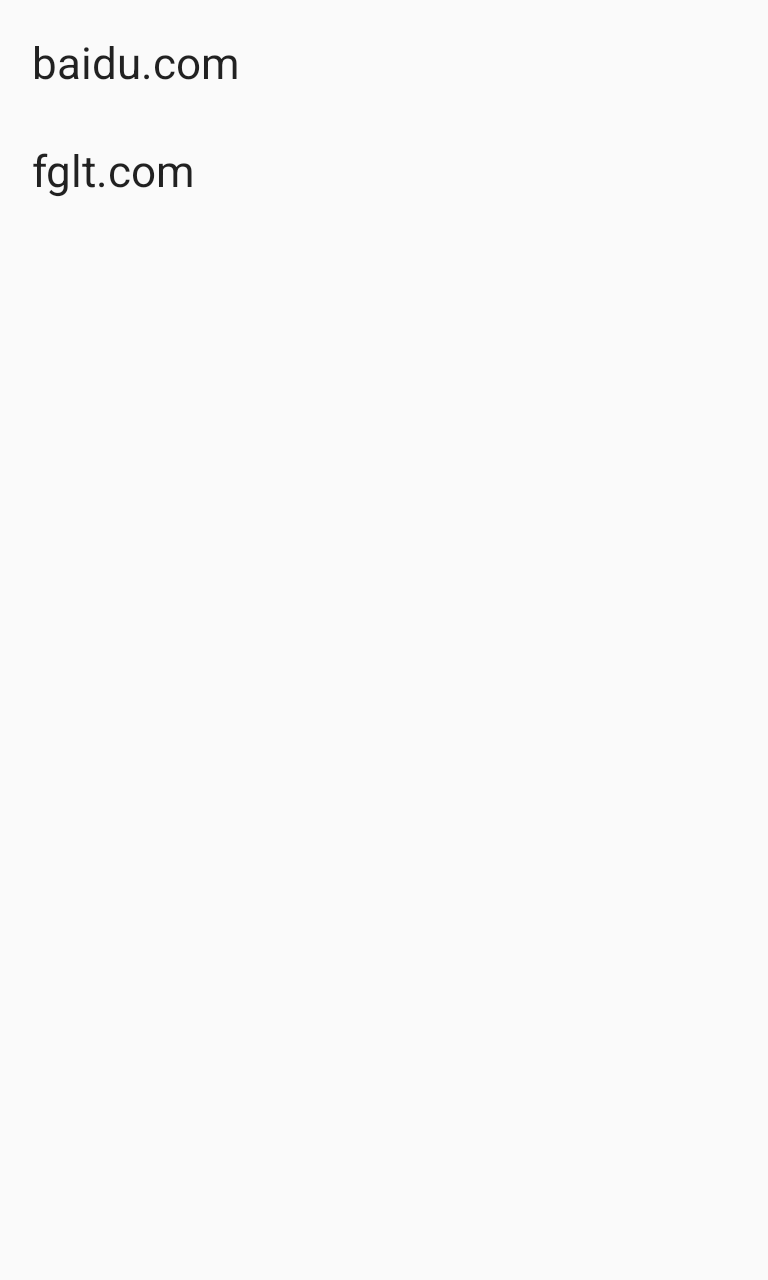
Repository: xiaoniao/home
Layout: android_training/VolleyTraing/res/layout/activity_main.xml
An editor plug-in stored every save of this project. The layout is shown before and after the next save, followed by the edit.
It is drawn on a 768 x 1280 px phone screen (xhdpi) without system bars, with theme AppTheme; the app's code is not run.

Above is the layout before, as saved 2014-09-04 13:24:40.

After the next save:
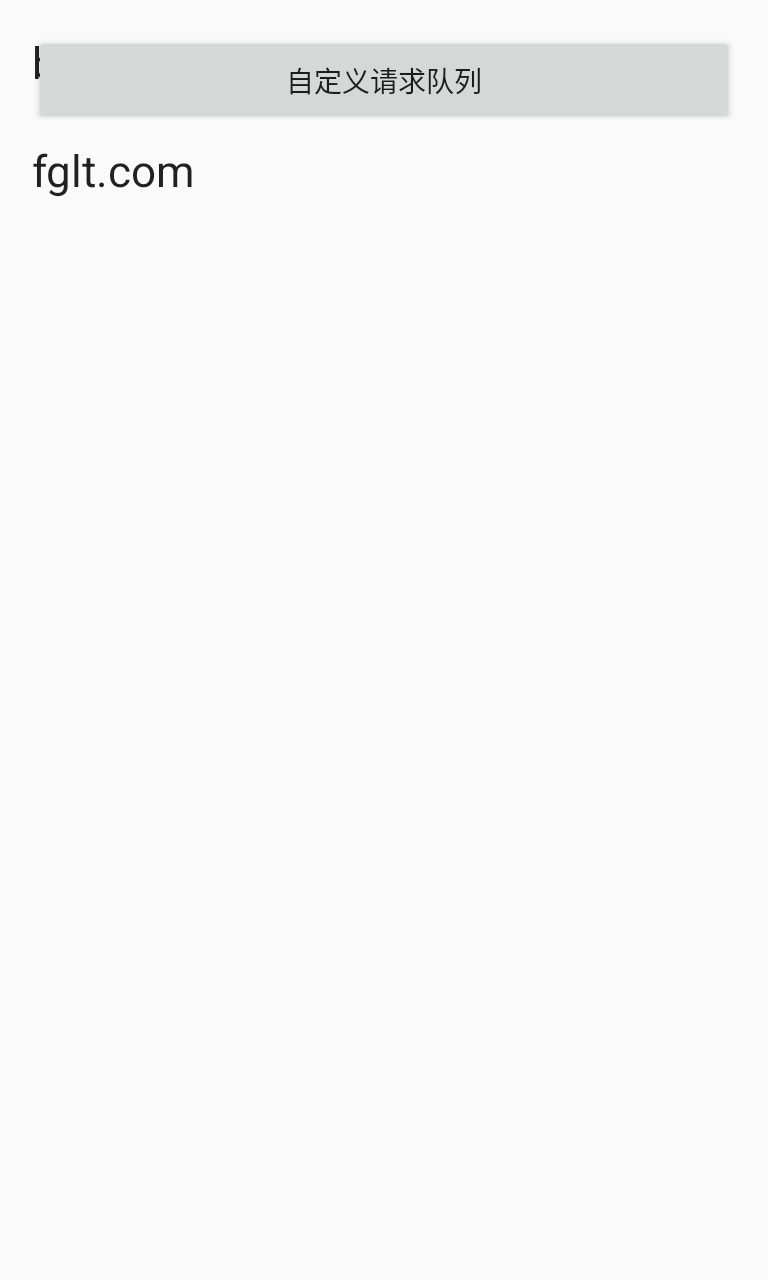
Saved 50 s later.
--- a/android_training/VolleyTraing/res/layout/activity_main.xml
+++ b/android_training/VolleyTraing/res/layout/activity_main.xml
@@ -12,7 +12,10 @@
         android:layout_width="match_parent"
         android:layout_height="wrap_content" >
 
-
+        <Button
+            android:layout_width="match_parent"
+            android:layout_height="wrap_content"
+            android:text="自定义请求队列" />
 
         <TextView
             android:id="@+id/textView1"
